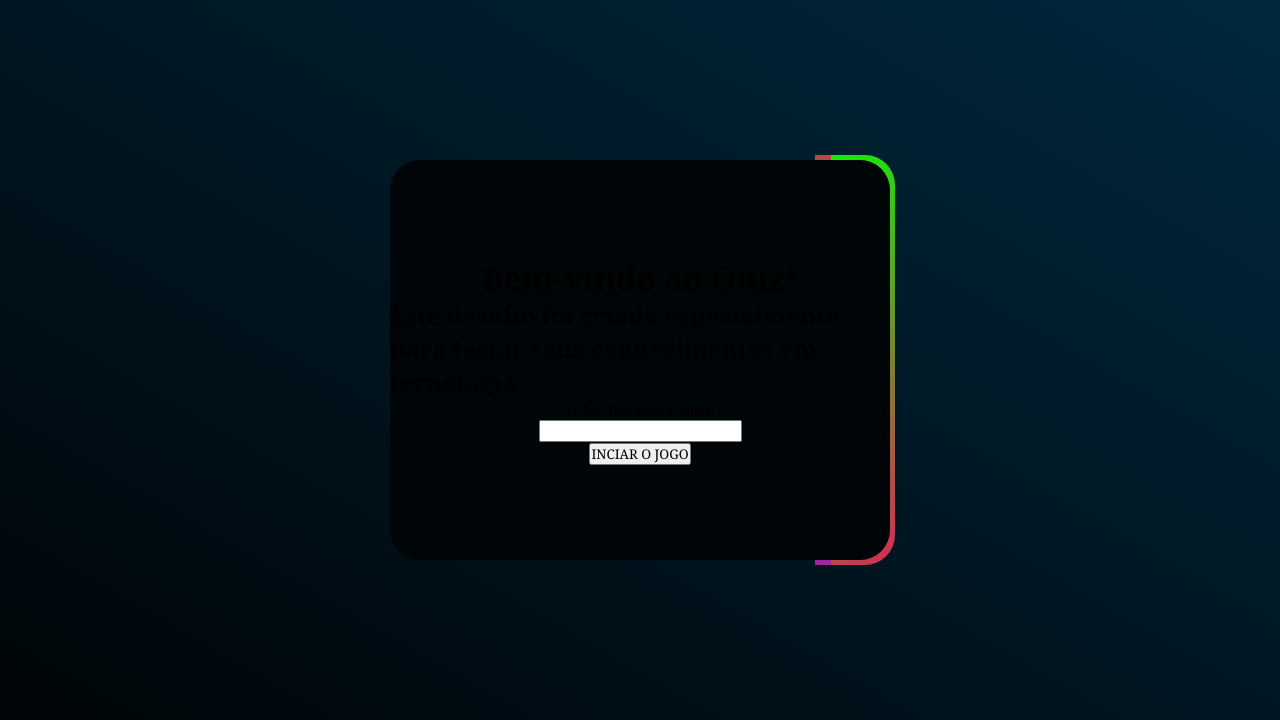
Repository: LaisSilvaO/Projeto-Quizz
Page: telas/apresentação.html
These files come from the project's save history. The page is drawn as it stood at one moment and after the next save; the edit follows.
The browser window is 1280 px wide. The pictures show the whole page.

Above is the page before, as saved 2024-12-25 20:17:58.

### telas/apresentação.html
<!DOCTYPE html>
<html lang="pt-br">

<head>
    <meta charset="UTF-8">
    <meta name="viewport" content="width=device-width, initial-scale=1.0">
    <title>Quiz</title>
    <link rel="stylesheet" href="../img/tela.css">
</head>

<body>
    <div class="box1">
        <div class="box2">
            <H1> Bem-vindo ao Quiz!</H1>

            <h2>Este desafio foi criado especialmente para testar seus conhecimentos em tecnologia


            </h2>
            <h4>Informe seu nome </h4>
            <input type="text" id="nome">
            <A href="index.html">
                <h4><button>INCIAR O JOGO</button></h4>
            </A>
        </div>
    </div>

</body>

</html>

### img/tela.css
* {
  margin: 0;
  padding: 0;
  box-sizing: border-box;
  font-family: Cambria, Cochin, Georgia, Times, 'Times New Roman', serif;
}

body {
  height: 100vh;
  display: flex;
  justify-content: center;
  align-items: center;
  background: linear-gradient(210deg, #00283d, #000508);
}

main {
  background-color: white;
  padding: 10px;
  border-radius: 10px;
  width: 100%;
  max-width: 600px;
  min-height: 400px;
  display: flex;
  justify-content: center;
  align-items: center;
}

.box1{
  position: relative;
  width: 510px;
  height: 410px;

  border-radius: 30px;
  display: flex;
  justify-content: center;
  align-items: center;
  flex-direction: column;
  overflow: hidden;

}
.box2 {
  position: relative;
  width: 500px;
  height: 400px;
  background-color: #000508;
  border-radius: 30px;
  display: flex;
  justify-content: center;
  align-items: center;
  flex-direction: column;
  overflow: hidden;
}

/* Borda animada externa */
.box1::before {
  content: '';
  position: absolute;
  top: 0;
  left: 0;
  width: 100%;
  height: 100%;
  border-radius: 30px;
  border: 16px solid transparent; /* Espessura da borda aumentada */
  background-image: linear-gradient(45deg, #00ff00, #ff0066, #0066ff, #ffcc00, hsl(15, 100%, 50%));
  background-size: 400%; /* Aumenta o tamanho da animação da borda */
  animation: borderAnimation 4s linear infinite;
  z-index: -1; /* Garante que a borda fique atrás do conteúdo */
}

@keyframes borderAnimation {
  0% {
    top: 0;
    left: 0;
}
25% {
    top: 0;
    left: 380px; /* Canto superior direito */
}
50% {
    top: 380px;
    left: 380px; /* Canto inferior direito */
}
75% {
    top: 380px;
    left: 0; /* Canto inferior esquerdo */
}
100% {
  transform: rotate(360deg);
    top: 0;
    left: 0; /* Retorna ao canto superior esquerdo */
}
}

After the next save:
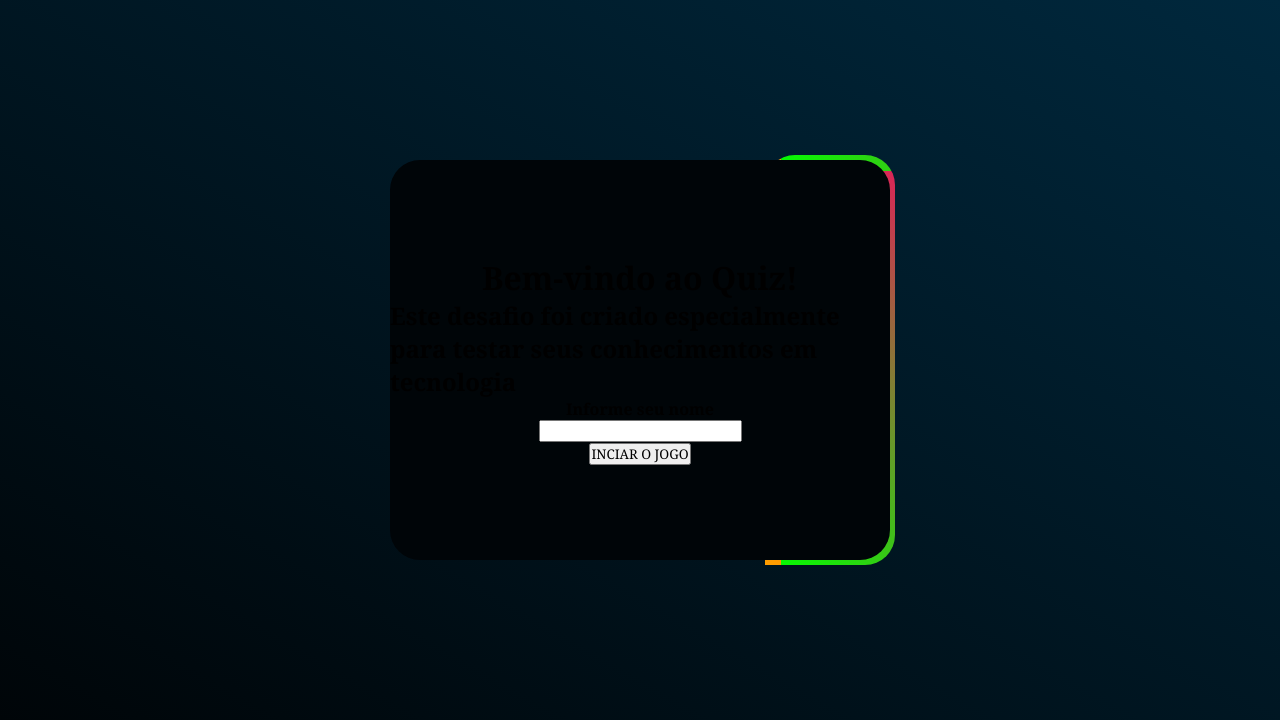
Saved 13 s later.
--- a/img/tela.css
+++ b/img/tela.css
@@ -85,7 +85,6 @@ main {
     left: 0; /* Canto inferior esquerdo */
 }
 100% {
-  transform: rotate(360deg);
     top: 0;
     left: 0; /* Retorna ao canto superior esquerdo */
 }
